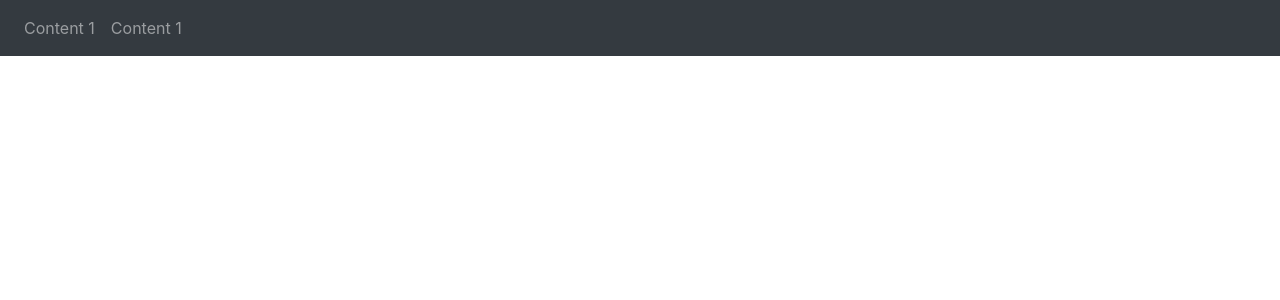
Repository: Aleksandre19/cv-ucmp
Page: test.html
The author's editor kept a record of every edit. The page is drawn from the files as they stood at one moment, then again after the next edit.
The browser window is 1280 px wide. The pictures show the whole page.

Above is the page before.

After the next edit:
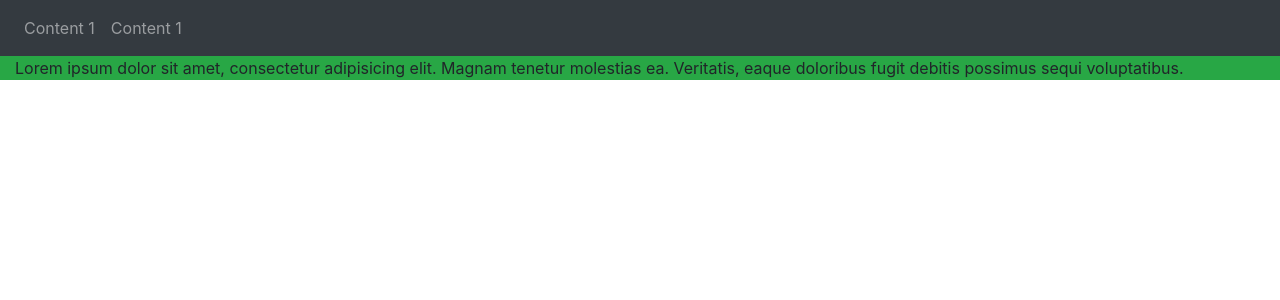
The edit:
--- a/test.html
+++ b/test.html
@@ -16,5 +16,11 @@
           <li class="nav-item"><a href="#content2" class="nav-link">Content 1</a></li>
       </ul>
   </nav>
+
+  <div class="container-fluid bg-success">
+    <p>
+      Lorem ipsum dolor sit amet, consectetur adipisicing elit. Magnam tenetur molestias ea. Veritatis, eaque doloribus fugit debitis possimus sequi voluptatibus.
+    </p>
+  </div>
 </body>
 </html>
